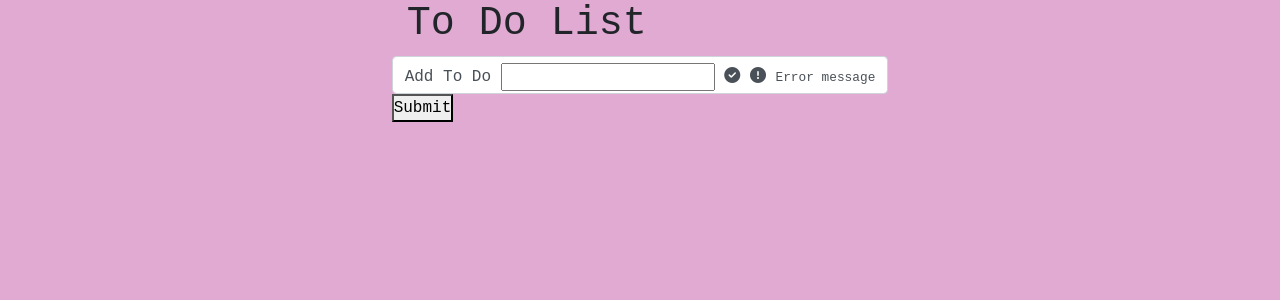
Repository: skepp4rn/todolist
Page: index.html
The author's editor kept a copy of each file at every save. The page is drawn from the files as they stood at one save, then again after the next save.
The browser window is 1280 px wide. The pictures show the whole page.
The page's requests for data from a server got no answer. Some web libraries are served in a nearby version.

Above is the page before, as saved 2021-01-28 11:34:13.

After the next save:
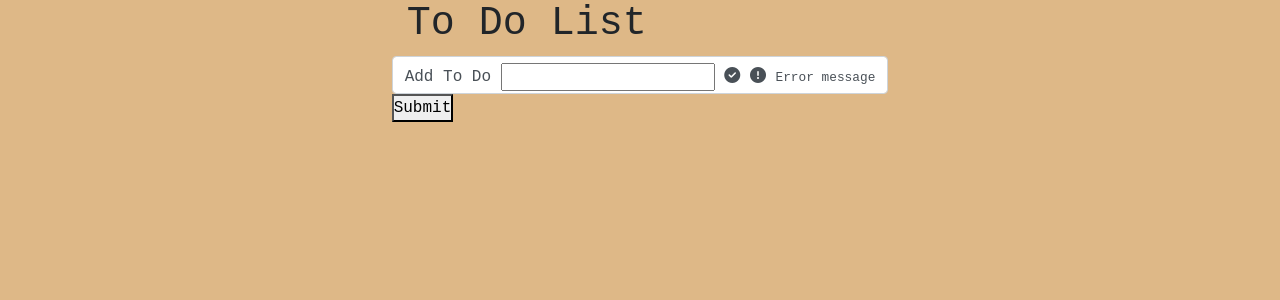
Saved 21 s later.
--- a/css/style.css
+++ b/css/style.css
@@ -5,7 +5,7 @@
 }
 
 body {
-    background-color: #e0aad3;
+    background-color: burlywood;
     font-family: 'Courier New', Courier, monospace;
     display: grid;
     justify-content: center;
